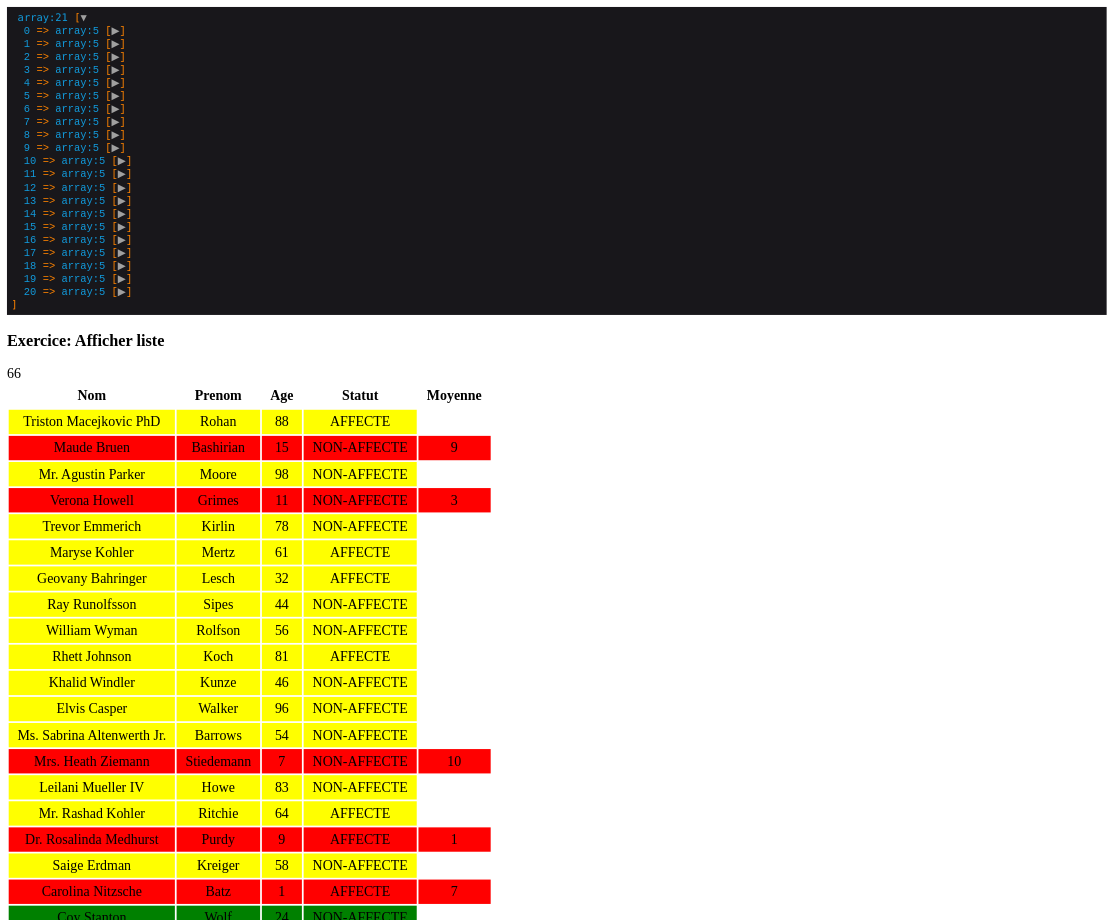
Repository: Bfabien99/PHPREPO
Page: http://localhost/
These files come from the project's save history. The page is drawn as it stood at one moment and after the next save; the edit follows.
The browser window is 1280 px wide. The pictures show the whole page, at 87% of full size.
The page is run by PHP 8.4 with error messages shown; the project is at /var/www/html/.

Above is the page before, as saved 2021-12-10 11:18:48.

After the next save:
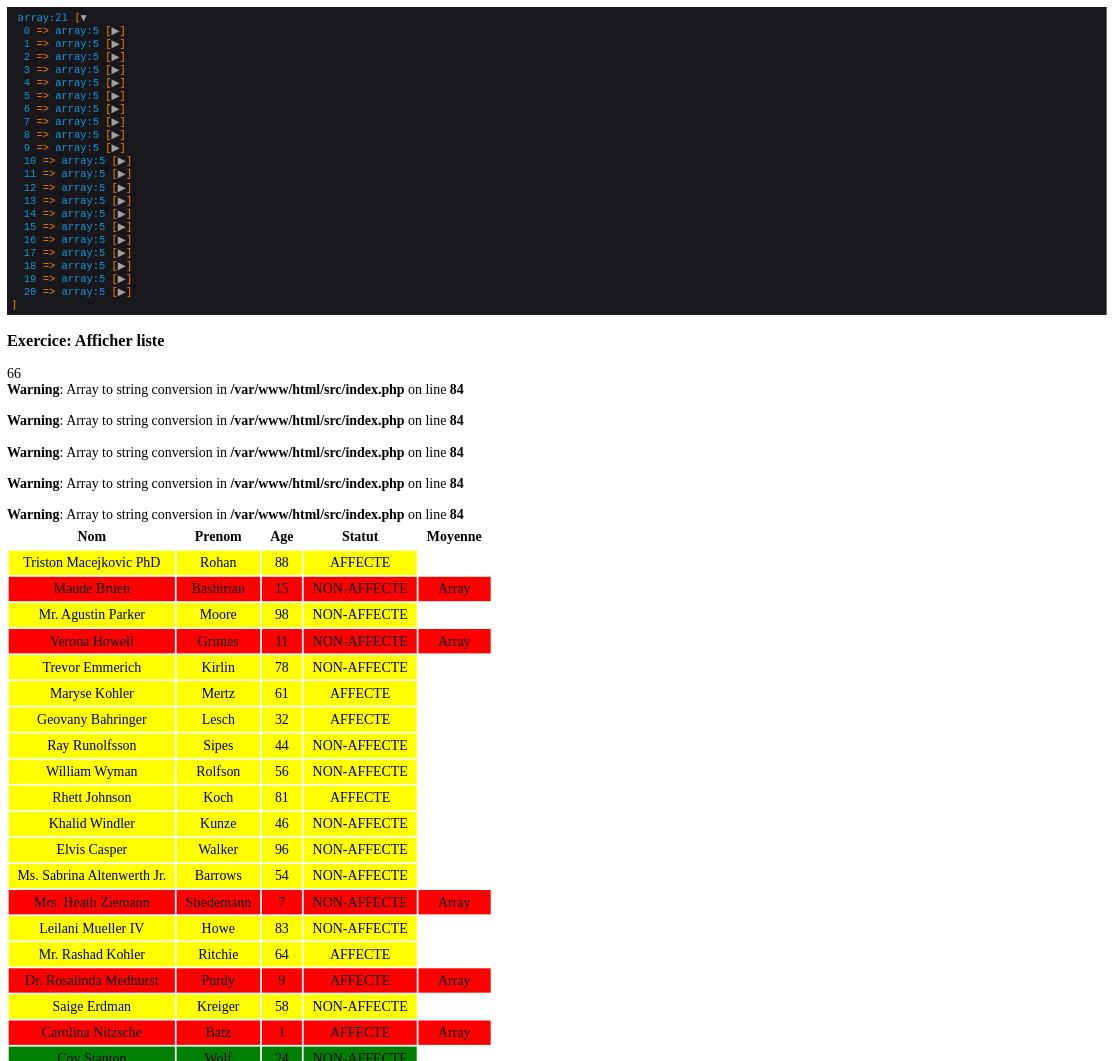
Saved 20 s later.
--- a/MakeFakeData/src/index.php
+++ b/MakeFakeData/src/index.php
@@ -81,7 +81,7 @@
                     <td>'.$value["prenom"].'</td>
                     <td>'.$value["age"].'</td>
                     <td>'.$value["statut"].'</td>
-					<td>'.$value["notes"][0].'</td>
+					<td>'.$value["notes"].'</td>
                     </tr>';
 					break;
                 case ($age > 18 && $age < 25):

After the 2 saves that followed:
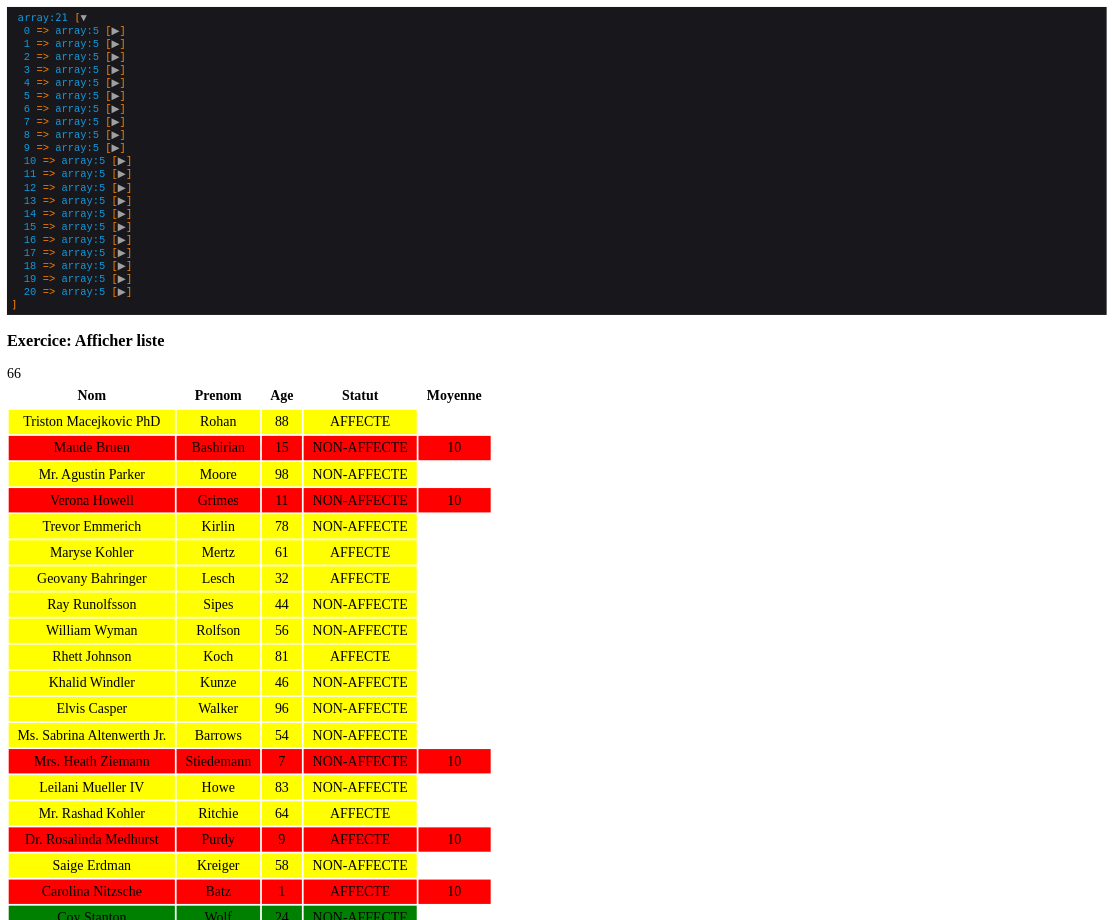
The 2 saves are shown as one change because they came seconds apart.
The last was saved 11 s later.
--- a/MakeFakeData/src/index.php
+++ b/MakeFakeData/src/index.php
@@ -81,7 +81,7 @@
                     <td>'.$value["prenom"].'</td>
                     <td>'.$value["age"].'</td>
                     <td>'.$value["statut"].'</td>
-					<td>'.$value["notes"].'</td>
+					<td>'.count($value["notes"]).'</td>
                     </tr>';
 					break;
                 case ($age > 18 && $age < 25):
